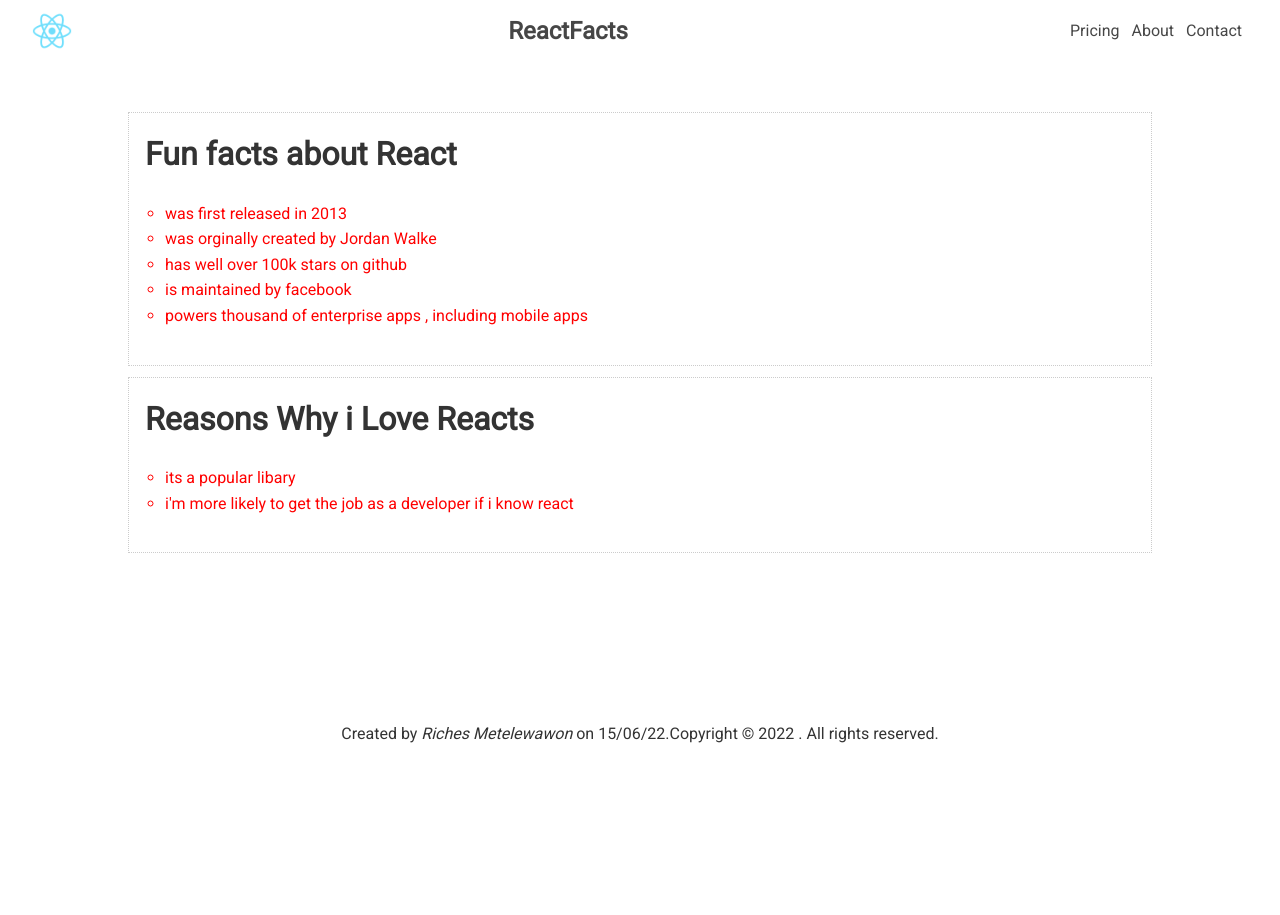
Repository: Richswag009/my-travel-journal
Page: /
These files come from the project's save history. The page is drawn as it stood at one moment and after the next save; the edit follows.
The browser window is 1280 px wide. The pictures show the whole page.
The project was rebuilt for these pictures with package versions that can differ from the ones it lists, and the page was loaded fresh each time.

Above is the page before, as saved 2022-06-15 13:47:49.

### public/index.html
<!DOCTYPE html>
<html lang="en">
  <head>
    <meta charset="utf-8" />
    <link rel="icon" href="%PUBLIC_URL%/favicon.ico" />
    <meta name="viewport" content="width=device-width, initial-scale=1" />
    <meta name="theme-color" content="#000000" />
    <meta name="description"content="Web site created using create-react-app"/>
    <link rel="apple-touch-icon" href="%PUBLIC_URL%/logo192.png" />
    <link rel="manifest" href="%PUBLIC_URL%/manifest.json" />
    <title>React Fact</title>
  </head>
  <body>
    <noscript>You need to enable JavaScript to run this app.</noscript>
    <div id="root"></div>

  </body>
</html>

### src/App.js

import React,{Component} from 'react';
import './App.css';
import Maincontent from './component/maincontent/Maincontent';
import Navbar from './component/layout/Navbar';
import Footer from './component/layout/Footer';
// import Users from './component/users/Users';
class App extends Component{
  render(){

    return (
      <div className="App">
       <Navbar/>
       <Maincontent/>
       <Footer/>
        </div>
    );
  }
}

export default App;

### src/App.css
@import url('https://fonts.googleapis.com/css?family=Roboto');

/* Global Styles */
:root {
  --primary-color: #dc3545;
  --dark-color: #333333;
  --light-color: #f4f4f4;
  --danger-color: #dc3545;
  --success-color: #28a745;
}

* {
  box-sizing: border-box;
  margin: 0;
  padding: 0;
}

body {
  font-family: 'Roboto', sans-serif;
  font-size: 1rem;
  line-height: 1.6;
  background-color: #fff;
  color: #333;
}

a {
  color: var(--primary-color);
  text-decoration: none;
}

a:hover {
  color: #666;
}

ul {
  list-style: none;
}ol{
  list-style-type: circle;
  color: red;
}

img {
  width: 100%;
}

/* Utilities */
.container {
  max-width: 1100px;
  margin: auto;
  overflow: hidden;
  padding: 0 2rem;
}

/* Text Styles*/
.x-large {
  font-size: 4rem;
  line-height: 1.2;
  margin-bottom: 1rem;
}

.large {
  font-size: 3rem;
  line-height: 1.2;
  margin-bottom: 1rem;
}

.lead {
  font-size: 1.5rem;
  margin-bottom: 1rem;
}

.text-center {
  text-align: center;
}

.text-primary {
  color: var(--primary-color);
}

.text-dark {
  color: var(--dark-color);
}

.text-success {
  color: var(--success-color);
}

.text-danger {
  color: var(--danger-color);
}

.text-center {
  text-align: center;
}

.text-right {
  text-align: right;
}

.text-left {
  text-align: left;
}

/* Center All */
.all-center {
  display: flex;
  flex-direction: column;
  width: 100%;
  margin: auto;
  justify-content: center;
  align-items: center;
  text-align: center;
}

/* Cards */
.card {
  padding: 1rem;
  border: #ccc 1px dotted;
  margin: 0.7rem 0;
}

/* List */
.list {
  margin: 0.5rem 0;
}

.list li {
  padding-bottom: 0.3rem;
}

/* Padding */
.p {
  padding: 0.5rem;
}
.p-1 {
  padding: 1rem;
}
.p-2 {
  padding: 2rem;
}
.p-3 {
  padding: 3rem;
}
.py {
  padding: 0.5rem 0;
}
.py-1 {
  padding: 1rem 0;
}
.py-2 {
  padding: 2rem 0;
}
.py-3 {
  padding: 3rem 0;
}

/* Margin */
.m {
  margin: 0.5rem;
}
.m-1 {
  margin: 1rem;
}
.m-2 {
  margin: 2rem;
}
.m-3 {
  margin: 3rem;
}
.my {
  margin: 0.5rem 0;
}
.my-1 {
  margin: 1rem 0;
}
.my-2 {
  margin: 2rem 0;
}
.my-3 {
  margin: 3rem 0;
}


.footer{
  margin: 22vh auto;
  padding: 10px 0;
  text-align: center;
}

/* Grid */
.grid-2 {
  display: grid;
  grid-template-columns: repeat(2, 1fr);
  grid-gap: 1rem;
}

.grid-3 {
  display: grid;
  grid-template-columns: repeat(3, 1fr);
  grid-gap: 1rem;
}

.grid-4 {
  display: grid;
  grid-template-columns: repeat(4, 1fr);
  grid-gap: 1rem;
}

.btn {
  display: inline-block;
  background: var(--light-color);
  color: #333;
  padding: 0.4rem 1.3rem;
  font-size: 1rem;
  border: none;
  cursor: pointer;
  margin-right: 0.5rem;
  transition: opacity 0.2s ease-in;
  outline: none;
}

.btn-link {
  background: none;
  padding: 0;
  margin: 0;
}

.btn-block {
  display: block;
  width: 100%;
}

.btn-sm {
  font-size: 0.8rem;
  padding: 0.3rem 1rem;
  margin-right: 0.2rem;
}

.badge {
  display: inline-block;
  font-size: 0.8rem;
  padding: 0.2rem 0.7rem;
  text-align: center;
  margin: 0.3rem;
  background: var(--light-color);
  color: #333;
  border-radius: 5px;
}

.alert {
  padding: 0.7rem;
  margin: 1rem 0;
  opacity: 0.9;
  background: var(--light-color);
  color: #333;
}

.btn-primary,
.bg-primary,
.badge-primary,
.alert-primary {
  background: var(--primary-color);
  color: #fff;
}

.btn-light,
.bg-light,
.badge-light,
.alert-light {
  background: var(--light-color);
  color: #333;
}

.btn-dark,
.bg-dark,
.badge-dark,
.alert-dark {
  background: var(--dark-color);
  color: #fff;
}

.btn-danger,
.bg-danger,
.badge-danger,
.alert-danger {
  background: var(--danger-color);
  color: #fff;
}

.btn-success,
.bg-success,
.badge-success,
.alert-success {
  background: var(--success-color);
  color: #fff;
}

.btn-white,
.bg-white,
.badge-white,
.alert-white {
  background: #fff;
  color: #333;
  border: #ccc solid 1px;
}

.btn:hover {
  opacity: 0.8;
}

.bg-light,
.badge-light {
  border: #ccc solid 1px;
}

.round-img {
  border-radius: 50%;
}

/* Forms */
input {
  margin: 1.2rem 0;
}

.form-text {
  display: block;
  margin-top: 0.3rem;
  color: #888;
}

input[type='text'],
input[type='email'],
input[type='password'],
input[type='date'],
select,
textarea {
  display: block;
  width: 100%;
  padding: 0.4rem;
  font-size: 1.2rem;
  border: 1px solid #ccc;
}

input[type='submit'],
button {
  font: inherit;
}

table th,
table td {
  padding: 1rem;
  text-align: left;
}

table th {
  background: var(--light-color);
}

/* Navbar */
.navbar {
  display: flex;
  justify-content: space-between;
  align-items: center;
  padding: 0.7rem 2rem;
  z-index: 1;
  width: 100%;
  opacity: 0.9;
  margin-bottom: 1rem;
}

.navbar ul {
  display: flex;
}
.navbar ul li{
  padding:0 6px ;
}

.navbar a {
  color: #fff;
  padding: 0.45rem;
  margin: 0 0.25rem;
}

.navbar a:hover {
  color: var(--light-color);
}

.navbar .welcome span {
  margin-right: 0.6rem;
}

/* Mobile Styles */
@media (max-width: 700px) {
  .hide-sm {
    display: none;
  }

  .grid-2,
  .grid-3,
  .grid-4 {
    grid-template-columns: 1fr;
  }

  /* Text Styles */
  .x-large {
    font-size: 3rem;
  }

  .large {
    font-size: 2rem;
  }

  .lead {
    font-size: 1rem;
  }

  /* Navbar */
  .navbar {
    display: block;
    text-align: center;
  }

  .navbar ul {
    text-align: center;
    justify-content: center;
  }
}

### src/component/maincontent/Maincontent.js
import React, { Component } from 'react'
// import React from "react";
export default class Maincontent extends Component {



    render() {
        return (
            <div className='content ' style={{width:'80%',margin:'50px auto'}}>

                <div className=' card'>
                    <h1>Fun facts about React</h1>
                    <ol style={{margin:'20px'}}>
                        <li>was first released in 2013</li>
                        <li>was orginally created by Jordan Walke</li>
                        <li>has well over 100k stars on github</li>
                        <li>is maintained by facebook</li>
                        <li>powers thousand of enterprise apps , including mobile apps</li>
                    </ol>
                </div>

                <div className='card'>
                    <h1>Reasons Why i Love Reacts</h1>
                    <ol style={{margin:'20px'}}>
                        <li>its a popular libary</li>
                        <li>i'm more likely to get the job as a developer if i know react</li>
                    </ol>
                </div>

            </div>
        )
    }

}
// function page(){

//         return (
//             <div>
//                 <ol>
//                     <li>Lorem ipsum dolor sit amet.</li>
//                     <li>Lorem ipsum dolor sit amet.</li>
//                     <li>Lorem ipsum dolor sit amet.</li>
//                 </ol>
//             </div>
//         )

// }export default page

### src/component/layout/Navbar.js
import React, { Component } from 'react'
import logo from '../layout/logo192.png'


export default class Navbar extends Component {


    render() {
        return (
            <div>
                <nav className='navbar'>
                 <img src={logo} alt="" style={{width:'40px',dispaly:'block'}} />
                 <h1>ReactFacts</h1>

                <ul className='px-2'>
                    <li>Pricing </li>
                    <li>About </li>
                    <li>Contact </li>
                </ul>
                </nav>
            </div>
        )
    }
}

### src/component/layout/Footer.js
import React, { Component } from 'react'

export default class Footer extends Component {



    render() {
        return (
            <div className='footer'>
               <p>Created by <i>Riches Metelewawon</i>  on 15/06/22.Copyright © 2022 . All rights reserved.
               </p>
            </div>
        )
    }
}

Loaded but not shown: src/index.js (common file)

After the next save:
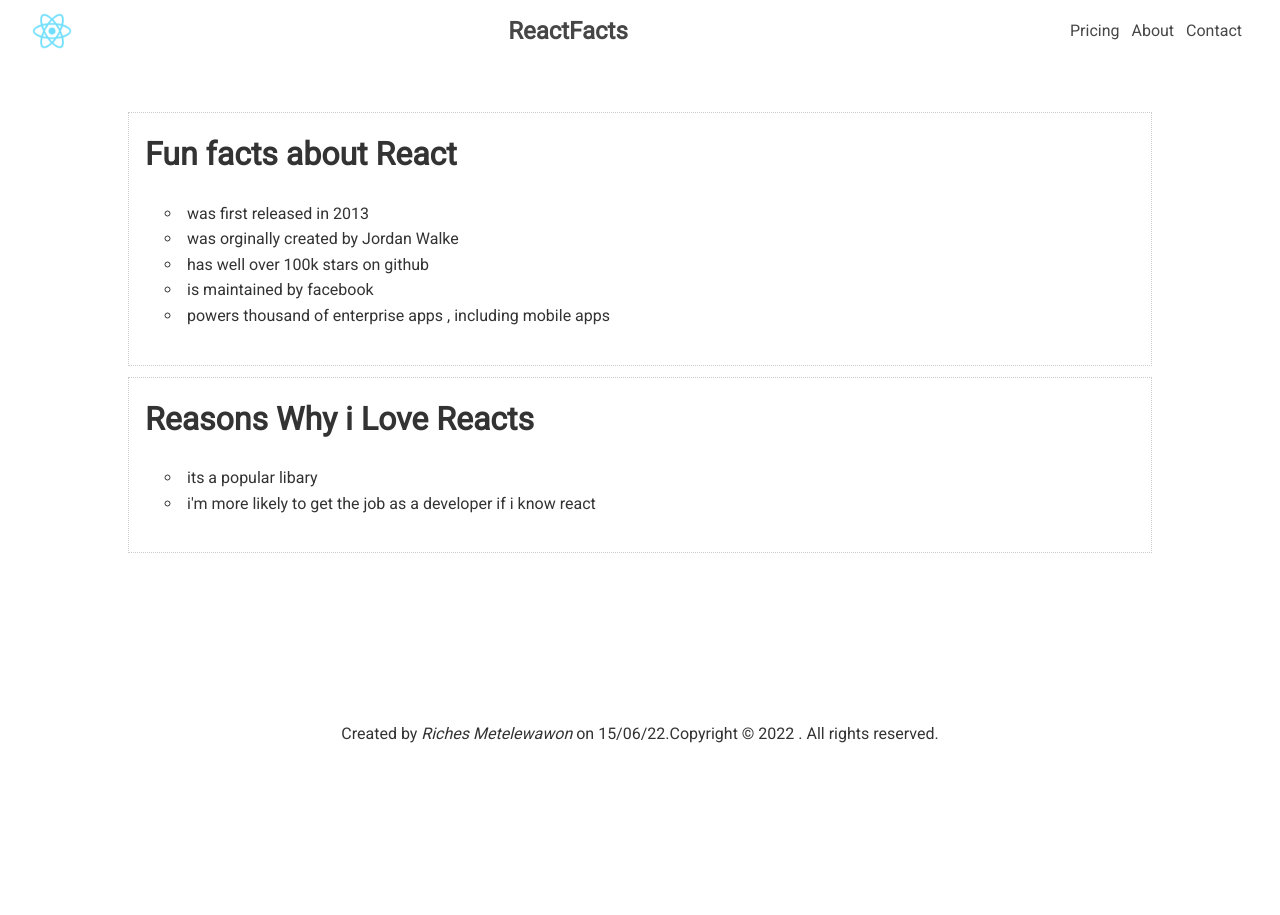
Saved 43 s later.
--- a/src/App.css
+++ b/src/App.css
@@ -36,7 +36,7 @@
   list-style: none;
 }ol{
   list-style-type: circle;
-  color: red;
+  list-style-position: inside;
 }
 
 img {
